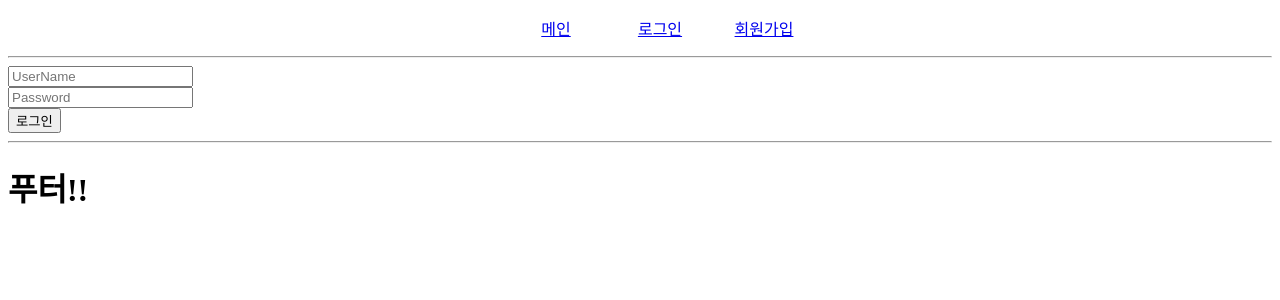
Repository: sunandjun/jspwork
Page: http://localhost/cos/login.jsp
These files come from the project's save history. The page is drawn as it stood at one moment and after the next save; the edit follows.
The browser window is 1280 px wide. The pictures show the whole page.
The page is served by Tomcat 9.

Above is the page before, as saved 2020-08-22 06:44:29.

After the next save:
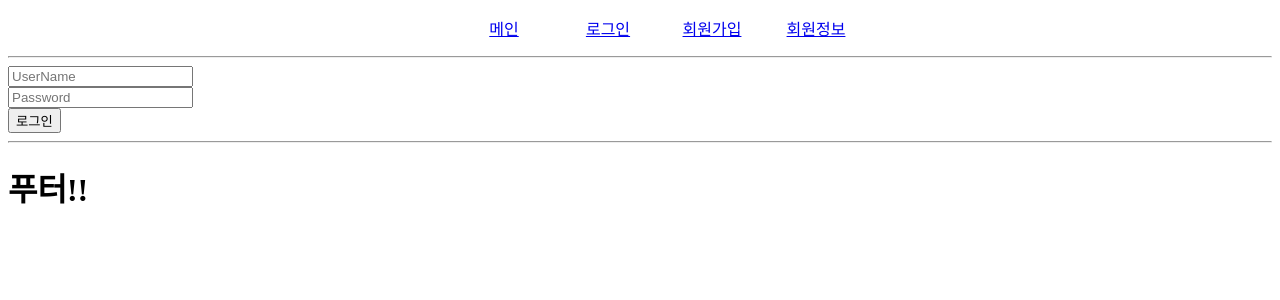
Saved 18 s later.
--- a/cos/WebContent/layout/header.jsp
+++ b/cos/WebContent/layout/header.jsp
@@ -22,5 +22,6 @@
 	<li><a href="main.jsp">메인</a></li>
 	<li><a href="login.jsp">로그인</a></li>
 	<li><a href="join.jsp">회원가입</a></li>
+	<li><a href="join.jsp">회원정보</a></li>
 </ul>
 <hr/>
